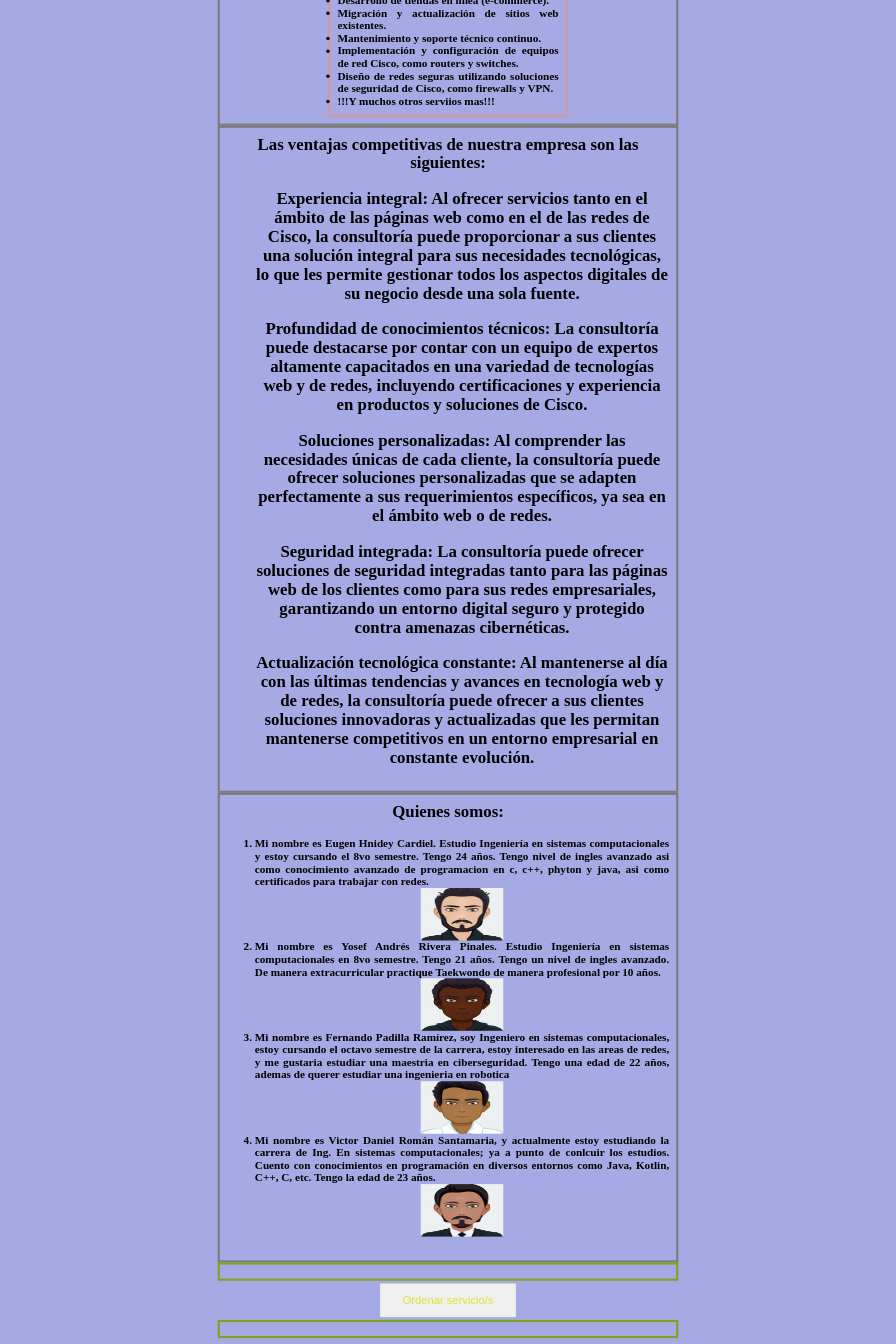
Repository: UVMCoyoacan/VEFY
Page: indexPrincipal.html
These files come from the project's save history. The page is drawn as it stood at one moment and after the next save; the edit follows.
The browser window is 1280 px wide. The pictures show the part of the page from y = 651 to 2571 px (the page is 2571 px tall), at 70% of full size.

Above is the page before, as saved 2024-03-01 13:02:45.

### indexPrincipal.html
<!DOCTYPE html>
<html>

    <head>
        <title> VEFY CONSULTORIA </title>

        <link rel="stylesheet" href="estilo4.css"/>
        <meta charset="UTF-8" />
    </head>
    <body>
        <div style="text-align: center;"><img src = "LogoVefy.jpg" alt = "LogoEmpresaConsul" width = "150" height = "150" aling = "center"></div>

        <h1>
            Somos una consultoría que ofrece servicios tanto relacionados con páginas web como con redes de Cisco, podría ofrecer una amplia gama de soluciones para cubrir las necesidades digitales de sus clientes.
           <br>
        </h1>
        <h2>
            Nuestro lema es "conectando talento, construyendo soluciones".
        </h2>
        <h2>
            Nuestro objetivo es: Proporcionar soluciones innovadoras y personalizadas que impulsen el éxito y el crecimiento de nuestros clientes, aprovechando la experiencia y el compromiso de nuestro equipo multidisciplinario.
        </h2>
        <h2>
            Nuestra empresa brinda los siguientes servicios:
            <ul>
                <li>Desarrollo de sitios web personalizados. </li>
                <li>Diseño web responsivo y adaptativo. </li>
                <li>Optimización para motores de búsqueda (SEO). </li>
                <li>Integración de sistemas de gestión de contenido (CMS) como WordPress, Joomla, etc. </li>
                <li>Desarrollo de tiendas en línea (e-commerce). </li>
                <li>Migración y actualización de sitios web existentes. </li>
                <li>Mantenimiento y soporte técnico continuo. </li>
                <li>Implementación y configuración de equipos de red Cisco, como routers y switches. </li>
                <li>Diseño de redes seguras utilizando soluciones de seguridad de Cisco, como firewalls y VPN. </li>
                <li>!!!Y muchos otros serviios mas!!! </li>
            </ul>
        </h2>
        <h2>
            Las ventajas competitivas de nuestra empresa son las siguientes:

            <ol>Experiencia integral: Al ofrecer servicios tanto en el ámbito de las páginas web como en el de las redes de Cisco, la consultoría puede proporcionar a sus clientes una solución integral para sus necesidades tecnológicas, lo que les permite gestionar todos los aspectos digitales de su negocio desde una sola fuente. </ol>
            <ol>Profundidad de conocimientos técnicos: La consultoría puede destacarse por contar con un equipo de expertos altamente capacitados en una variedad de tecnologías web y de redes, incluyendo certificaciones y experiencia en productos y soluciones de Cisco.</ol>
            <ol>Soluciones personalizadas: Al comprender las necesidades únicas de cada cliente, la consultoría puede ofrecer soluciones personalizadas que se adapten perfectamente a sus requerimientos específicos, ya sea en el ámbito web o de redes.</ol>
           <ol>Seguridad integrada: La consultoría puede ofrecer soluciones de seguridad integradas tanto para las páginas web de los clientes como para sus redes empresariales, garantizando un entorno digital seguro y protegido contra amenazas cibernéticas.</ol>
           <ol>Actualización tecnológica constante: Al mantenerse al día con las últimas tendencias y avances en tecnología web y de redes, la consultoría puede ofrecer a sus clientes soluciones innovadoras y actualizadas que les permitan mantenerse competitivos en un entorno empresarial en constante evolución.</ol>
        </h2>
        <h2>
            Quienes somos:
            <ol>
                <li>Mi nombre es Eugen Hnidey Cardiel. Estudio Ingeniería en sistemas computacionales y estoy cursando el 8vo semestre. Tengo 24 años. Tengo nivel de ingles avanzado asi como conocimiento avanzado de programacion en c, c++, phyton y java, asi como certificados para trabajar con redes.
                    <br>
                    <div style="text-align: center; cursor:pointer;"><img src = "EugenFoto.jpg" alt = "FotoEu" width = "75" height = "75" aling = "center" onclick="redirigirEu()"></div>
                </li>
                <li>Mi nombre es Yosef Andrés Rivera Pinales. Estudio Ingeniería en sistemas computacionales en 8vo semestre. Tengo 21 años. Tengo un nivel de ingles avanzado. De manera extracurricular practique Taekwondo de manera profesional por 10 años.
                    <br>
                    <div style="text-align: center; cursor:pointer;"><img src = "YosefFoto.jpg" alt = "FotoYos" width = "75" height = "75" aling = "center" onclick="redirigirYos()"></div>
                </li>
                <li>Mi nombre es Fernando Padilla Ramírez, soy Ingeniero en sistemas computacionales, estoy cursando el octavo semestre de la carrera, estoy interesado en las areas de redes, y me gustaria estudiar una maestria en ciberseguridad. Tengo una edad de 22 años, ademas de querer estudiar una ingenieria en robotica               <br>
                    <div style="text-align: center; cursor:pointer;"><img src = "FerFoto.jpg" alt = "FotoFer" width = "75" height = "75" aling = "center" onclick="redirigirFer()" ></div>
                </li>
                <li>Mi nombre es Victor Daniel Román Santamaria, y actualmente estoy estudiando la carrera de Ing. En sistemas computacionales; ya a punto de conlcuir los estudios. Cuento con conocimientos en programación en diversos entornos como Java, Kotlin, C++, C, etc. Tengo la edad de 23 años.
                    <br>
                    <div style="text-align: center; cursor:pointer;"><img src = "VicFoto.jpg" alt = "FotoVic" width = "75" height = "75" aling = "center" onclick="redirigirVik()"></div>
                </li>
            </ol>
        </h2>

        <p>
            <div>
                <button onclick="redirigirForm()" class="boton"> Ordenar servicio/s  </button>

               </div>
           </p>
    </body>
    <script src="cod.js">

    </script>
</html>

### estilo4.css
h1{

    color: rgb(0, 0, 0);

    color: black;

    text-align: center;
    font-size:larger;
    margin: auto;
    width: 50%;
    border: 3px solid rgb(141, 172, 132);
    border-style:solid;
    padding: 10px;

}
p{
    color: rgba(21, 21, 21, 0.781);
    text-align:justify;
    font-size:x-large;
    margin: auto;
    width: 50%;
    border: 3px solid rgb(120, 168, 26);
    border-style:solid;
    padding: 10px;
}
li{
    color: rgb(0, 0, 0);
    text-align:justify;
    font-size:medium;
}


ul{
    color: rgba(21, 21, 21, 0.781);
    text-align:center;
    font-size:large;
    margin: auto;
    width: 50%;
    border: 3px solid rgb(216, 152, 152);
    border-style:solid;
    padding: 10px;
}
body{
    background-color: rgb(166, 170, 228);

}


h2{
    color: rgb(2, 2, 2);
    text-align: center;
    font-size:x-large;
    margin: auto;
    width: 50%;
    border: 3px solid rgb(123, 123, 123);
    border-style:solid;
    padding: 10px;
}
img{
    display: block;
    width: 20%;
    margin: auto;
}
footer{
    color: rgb(60, 28, 167);
    background-color: rgb(210, 204, 25);
}
button {
    border: none;
    color: rgb(226, 226, 47);
    padding: 15px 32px;
    text-align: center;
    text-decoration: none;
    display: inline-block;
    font-size: 16px;
    margin: 4px 2px;
    cursor: pointer;
  }
  div{
    text-align: center;
  }
  label{

    color: rgb(0, 0, 0);

    color: black;

    text-align: center;
    font-size:larger;
    margin: auto;
    width: 50%;
    border: 3px solid rgb(126, 221, 100);
    border-style:solid;
    padding: 10px;
  }

### cod.js
function saludo(){
    alert("Hola JS");
}

function numeracion(tope){
for(i=0; i<5; i++){
    alert(i);
}
}

function fondo(){
alert("click");
parrafos=document.getElementsByTagName("p");
parrafos[0].innerHTML="remplazado";
parrafos[1].style="color:red"
lista=document.getElementsByClassName("verde");
lista[0].style="text-align:center; color:blue";
document.getElementById("raro").innerHTML="contenido actual";

}

function NoEstilos(){
    nest=document.styleSheets.length;
    for(i=0;i<nest;i++){
        document.styleSheets[i].disabled=true;
    }


}

function ActivaEstilo(n){
    NoEstilos();
    document.styleSheets[n].disabled=false;

}

function redirigirYos() {
    window.location.href = "./index_Yosef.html";
}

function redirigirVik() {
    window.location.href = './INDEXVIC.html';
}

function redirigirFer() {
    window.location.href = './INDEX_FER.html';
}

function redirigirEu() {
    window.location.href = './Pagina web presentacion Eugen/indexEugen.html';

}
function redirigirForm() {
    window.location.href = './enviadatos.html';

}

After the next save:
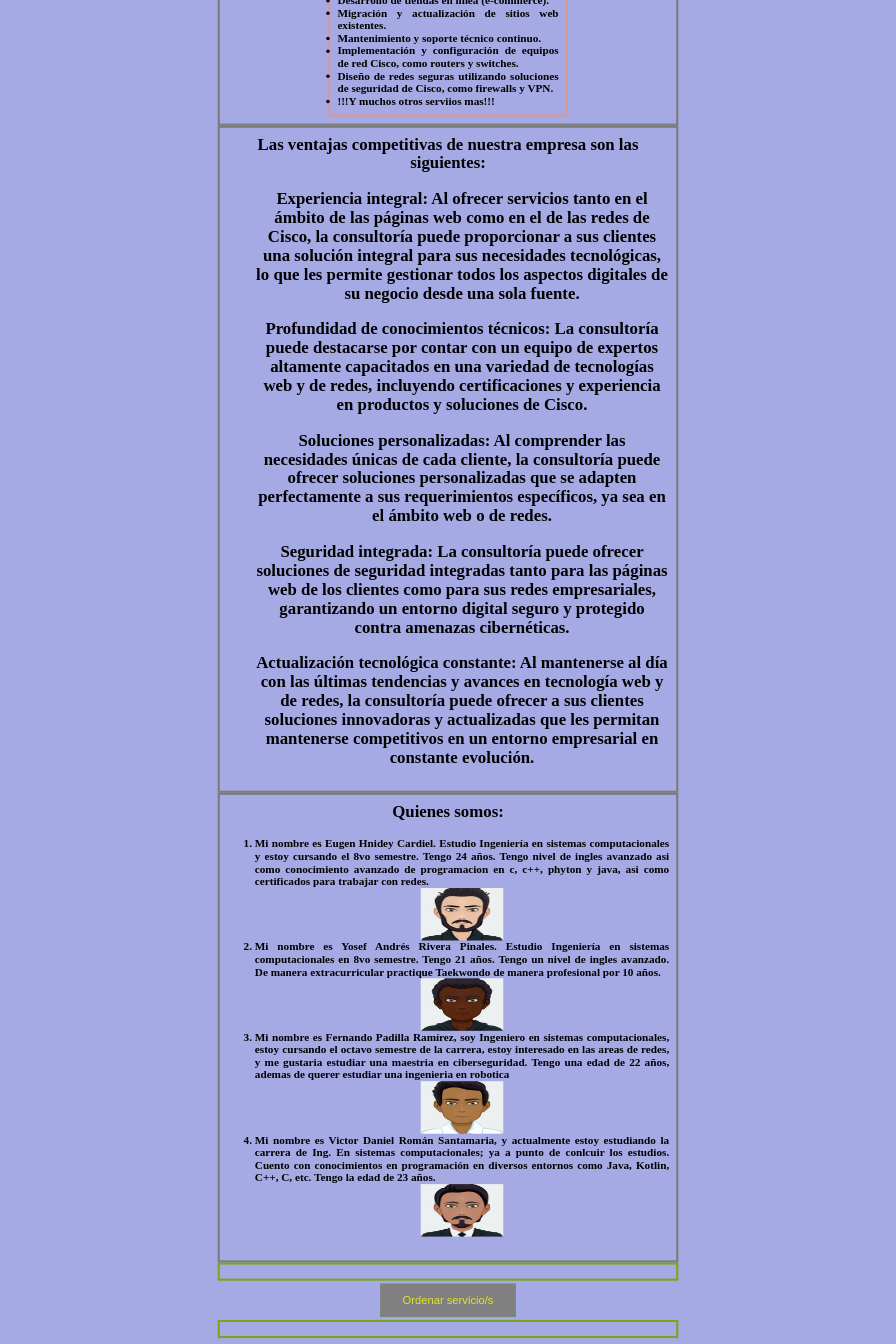
Saved 91 s later.
--- a/estilo4.css
+++ b/estilo4.css
@@ -93,3 +93,13 @@ button {
     border-style:solid;
     padding: 10px;
   }
+
+
+
+  .boton{
+    background-color: gray;
+  }
+
+  .boton:hover{
+    background-color: silver;
+  }

After the save that followed:
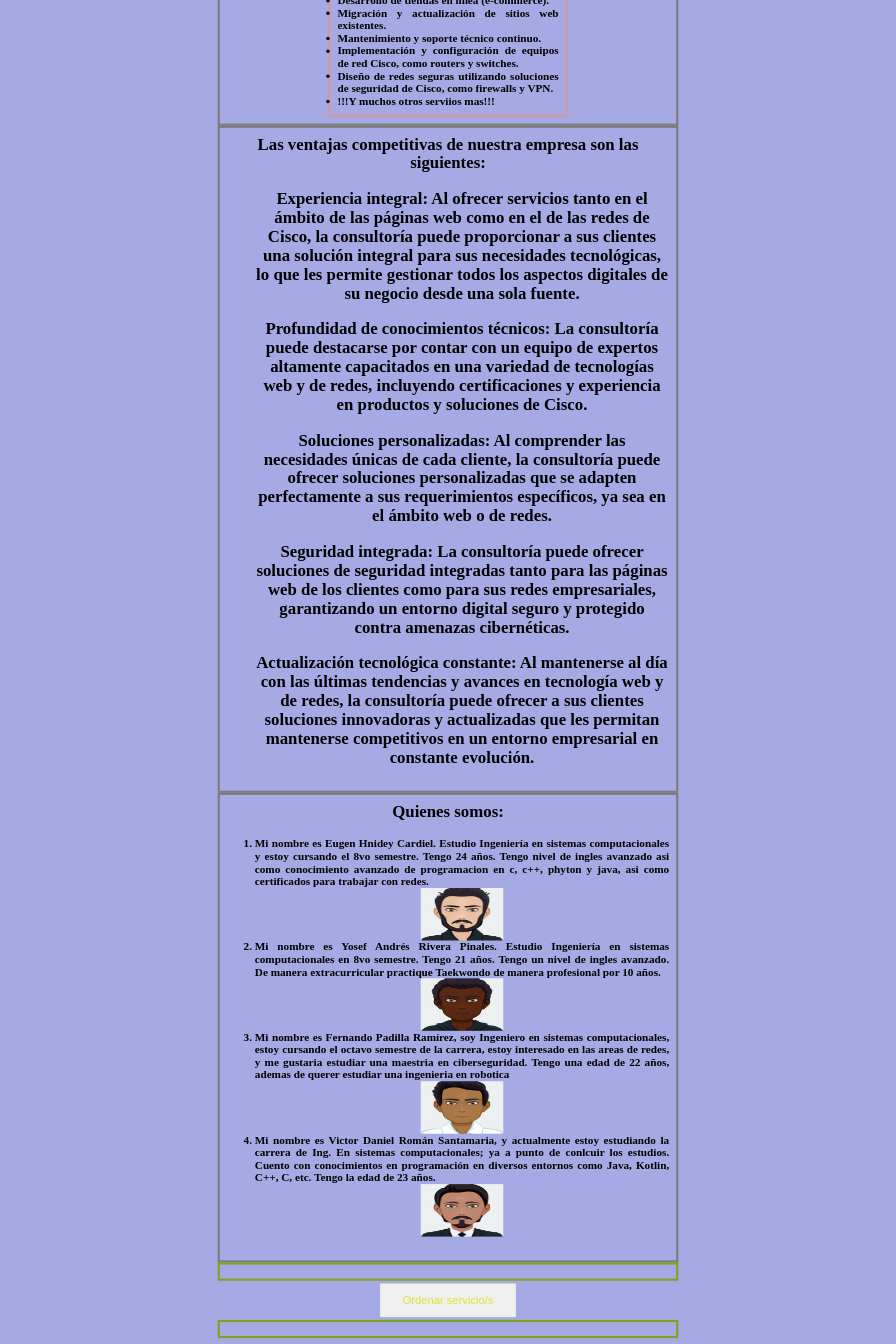
Saved 2 min 12 s later.
--- a/estilo4.css
+++ b/estilo4.css
@@ -97,7 +97,8 @@ button {
 
 
   .boton{
-    background-color: gray;
+
+    background-color: linear-gradient(to right, red , yellow);
   }
 
   .boton:hover{
